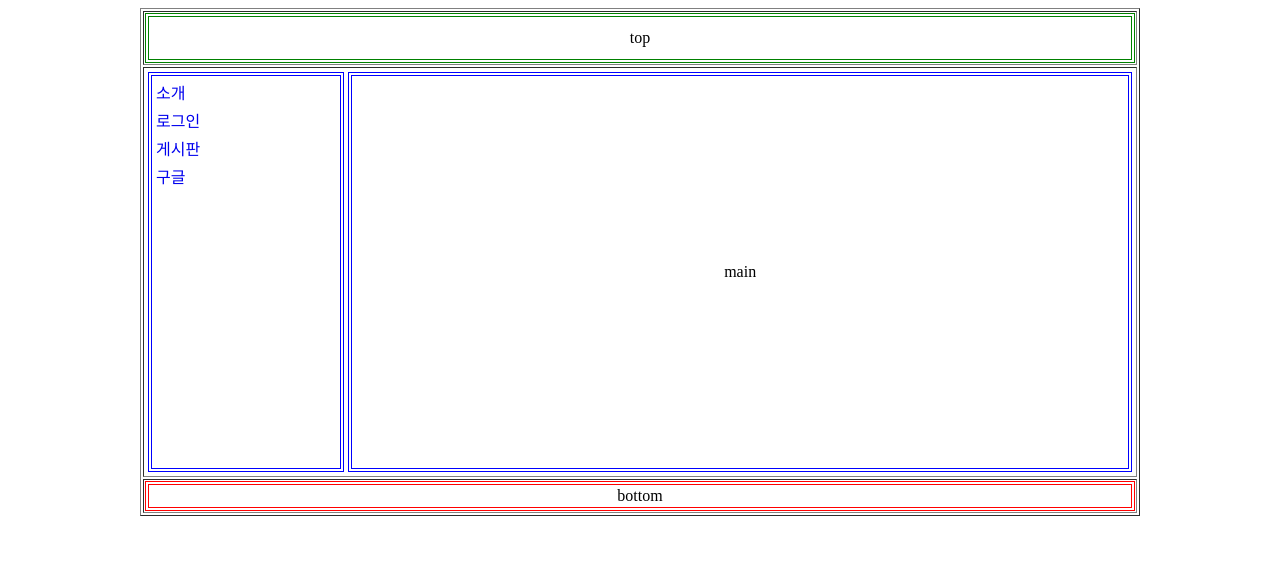
Repository: Kojonghoon/Workspace_java
Page: http://localhost/20221228/ajax/news/index.jsp?menu=info
The author's editor kept a copy of each file at every save. The page is drawn from the files as they stood at one save, then again after the next save.
The browser window is 1280 px wide. The pictures show the whole page.
The page is served by Tomcat 9.

Above is the page before, as saved 2023-02-10 02:20:32.

After the next save:
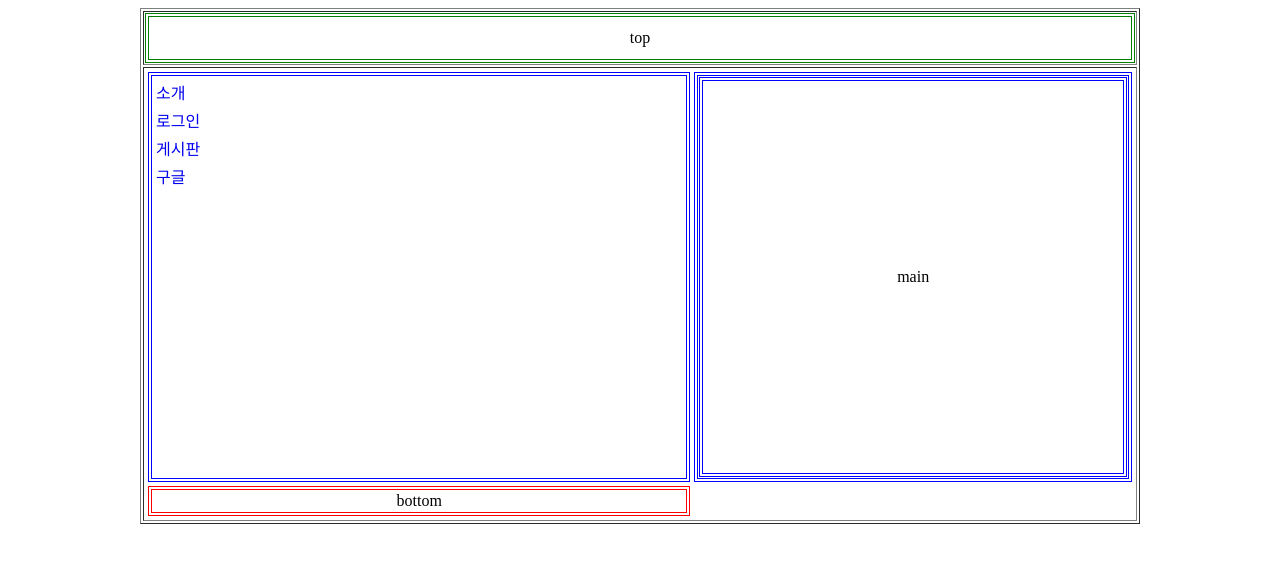
Saved 10 s later.
--- a/20221228/src/main/webapp/ajax/news/index.jsp
+++ b/20221228/src/main/webapp/ajax/news/index.jsp
@@ -36,6 +36,8 @@
                 </table>
               </td>
               <!-- main start -->
+              <td width="800px" height="400px">
+                <table border="1" bordercolor="blue" width="100%" height="100%">
 				<%@ include file="main.jsp" %>
               </td>
             </tr>
